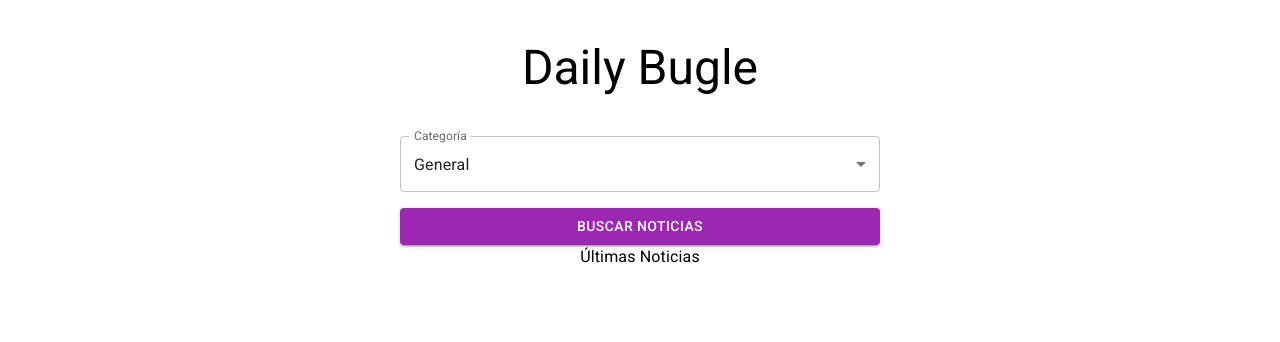
Repository: CarlosCamposRodriguez99/noticiasApp
Page: /
These files come from the project's save history. The page is drawn as it stood at one moment and after the next save; the edit follows.
The browser window is 1280 px wide. The pictures show the whole page.
The page's requests for data from a server got no answer. Some web fonts or font styles are not loaded; a fallback is used. The project was rebuilt for these pictures with package versions that can differ from the ones it lists, and the page was loaded fresh each time. No one was signed in, and anything a server would have sent is missing. Also part of the build but not shown: vite.config.js.

Above is the page before, as saved 2022-06-07 20:33:15.

After the next save:
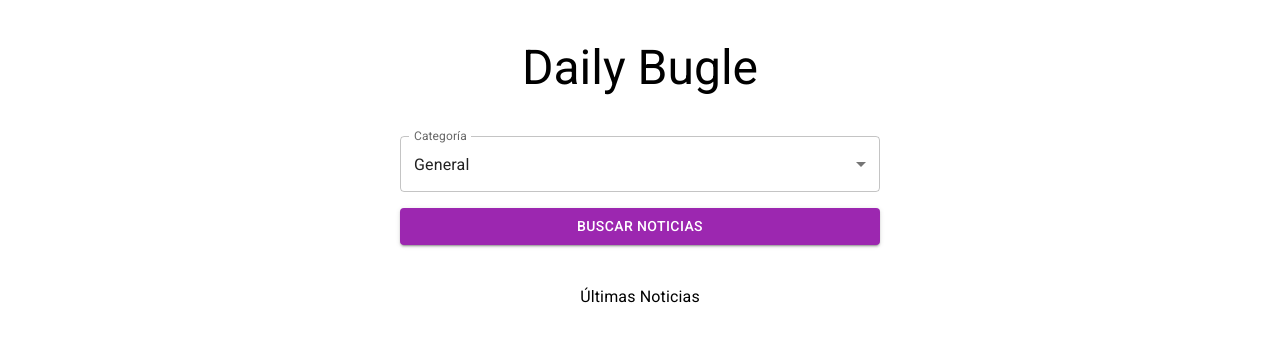
Saved 14 s later.
--- a/src/components/ListadoNoticias.jsx
+++ b/src/components/ListadoNoticias.jsx
@@ -6,6 +6,7 @@
     <>
         <Typography
           textAlign='center'
+          marginY={5}
         >
           Últimas Noticias
         </Typography>
